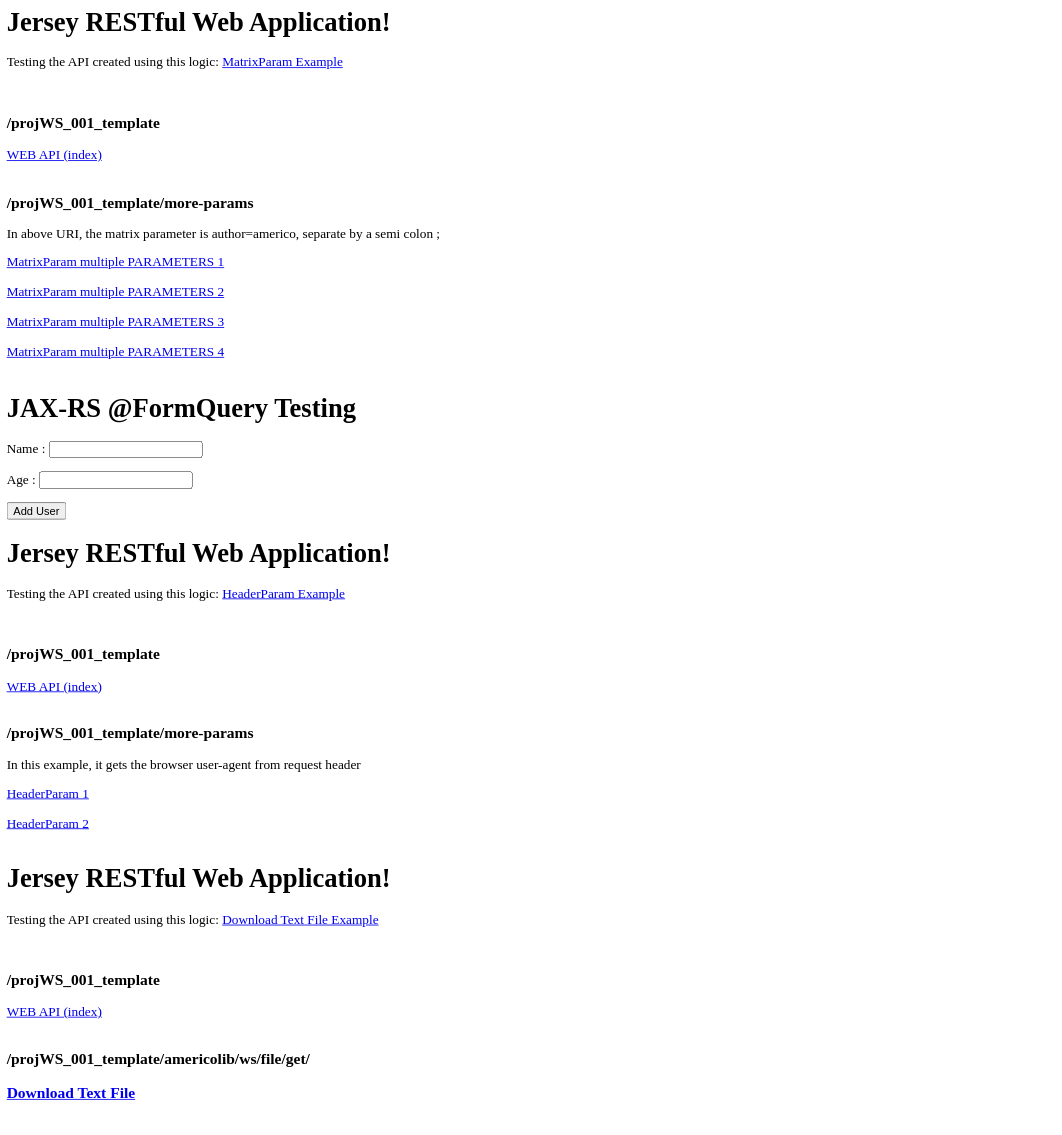
Repository: atafs/BackEnd_JAX-RS_REST_2continue
Page: http://localhost/projWS_001_template/
These files come from the project's save history. The page is drawn as it stood at one moment and after the next save; the edit follows.
The browser window is 1280 px wide. The pictures show the whole page, at 83% of full size.
The page is served by Tomcat 9.

Above is the page before, as saved 2016-05-02 17:01:06.

After the next save:
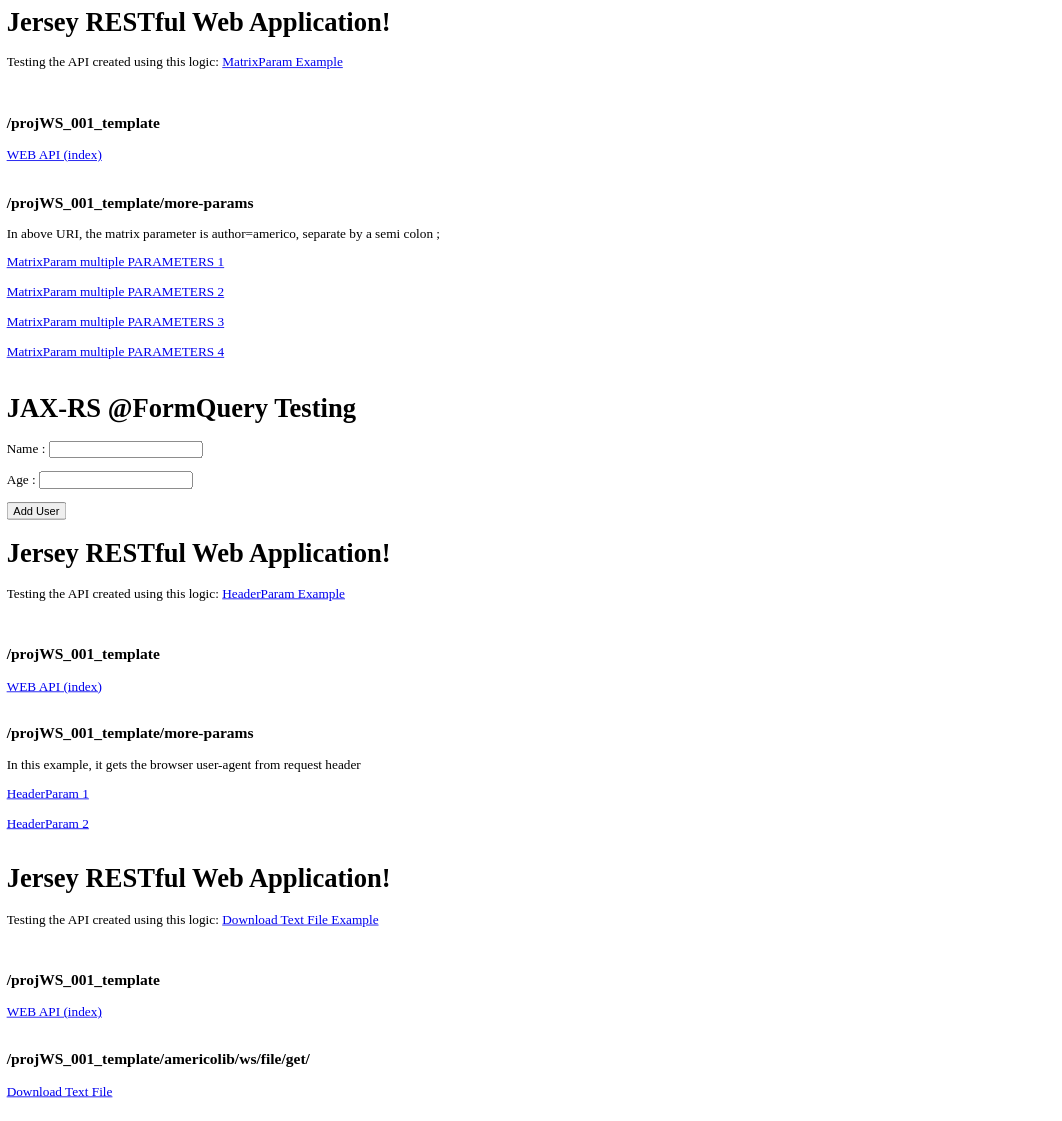
Saved 14 s later.
--- a/projWS_001_template/src/main/webapp/index.jsp
+++ b/projWS_001_template/src/main/webapp/index.jsp
@@ -65,7 +65,7 @@
 	<h3>/projWS_001_template</h3>
 	<a href="http://localhost:8085/projWS_001_template/">WEB API (index)</a><br/><br/>
 
-	<h3>/projWS_001_template/americolib/ws/file/get/<h3>
+	<h3>/projWS_001_template/americolib/ws/file/get/</h3>
 	<a href="http://localhost:8085/projWS_001_template/americolib/ws/file/get">Download Text File</a><br/><br/>
 
 
